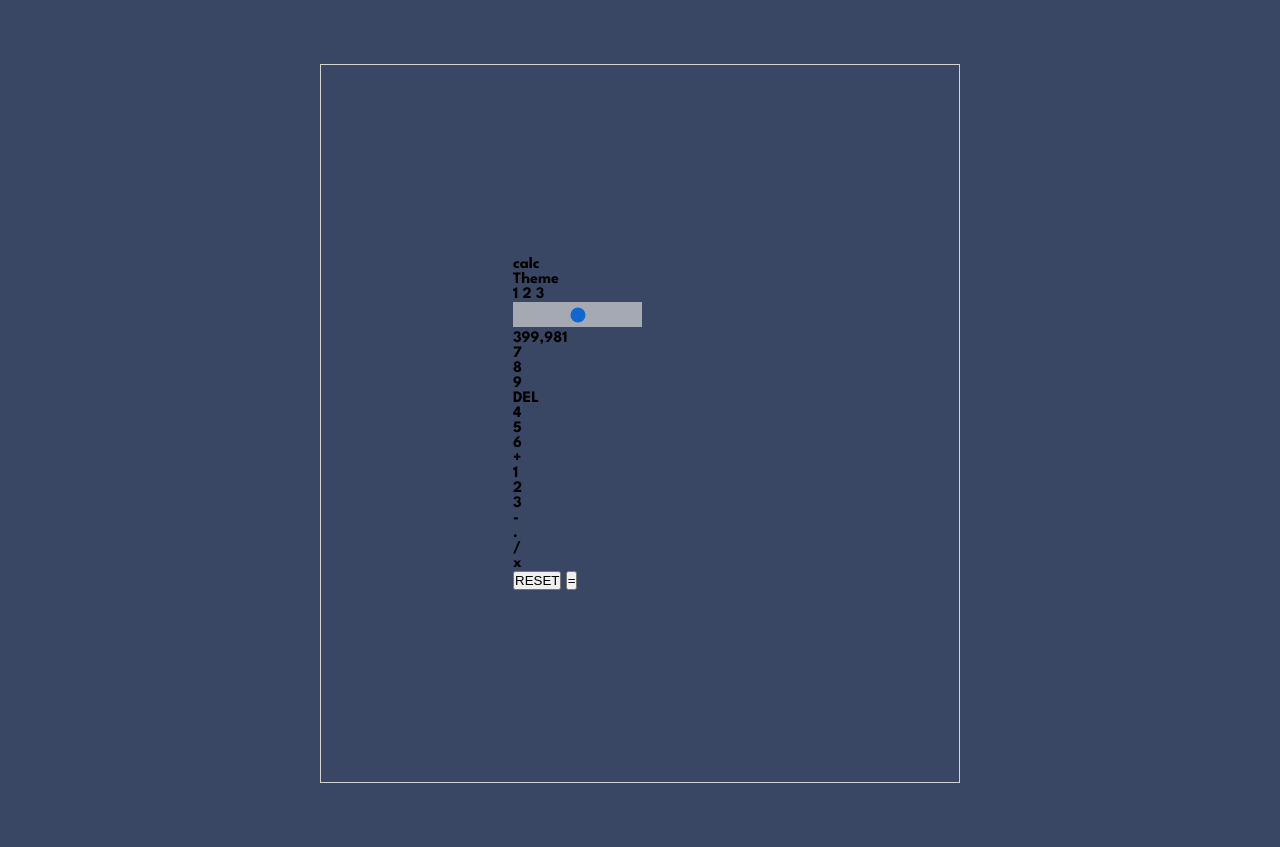
Repository: DevLaukey/calc-with-css-js
Page: index.html
The author's editor kept a copy of each file at every save. The page is drawn from the files as they stood at one save, then again after the next save.
The browser window is 1280 px wide. The pictures show the whole page.

Above is the page before, as saved 2022-05-18 12:24:27.

### index.html
<!DOCTYPE html>
<html lang="en">
  <head>
    <meta charset="UTF-8" />
    <meta http-equiv="X-UA-Compatible" content="IE=edge" />
    <meta name="viewport" content="width=device-width, initial-scale=1.0" />
    <title>Calculator</title>
    <link rel="stylesheet" href="./styles.css" />
    <link rel="preconnect" href="https://fonts.googleapis.com" />
    <link rel="preconnect" href="https://fonts.gstatic.com" crossorigin />
    <link
      href="https://fonts.googleapis.com/css2?family=League+Spartan:wght@700&display=swap"
      rel="stylesheet"
    />
  </head>
  <body>
    <div class="body">
      <header class="calculator__header">
        <div class="calculator__name">
          <p>calc</p>
        </div>
        <div class="calculator__slider">
          <p class="calculator__smallText">Theme</p>
          <div class="calculator__block">
            <p>1 2 3</p>
            <input class="slider" type="range" min="1" max="3" name="" id="" />
          </div>
        </div>
      </header>
      <div class="calculator__display">
        <p class="calculator__solution">399,981</p>
      </div>
      <div class="calculator__input">
        <div class="calculator__row">
          <p class="calculator__button seven">7</p>
          <p class="calculator__button eight">8</p>
          <p class="calculator__button nine">9</p>
          <p class="calculator__button del">DEL</p>
          <p class="calculator__button four">4</p>
          <p class="calculator__button five">5</p>
          <p class="calculator__button six">6</p>
          <p class="calculator__button plus">+</p>
          <p class="calculator__button one">1</p>
          <p class="calculator__button two">2</p>
          <p class="calculator__button three">3</p>
          <p class="calculator__button minus">-</p>
          <p class="calculator__button dot">.</p>
          <p class="calculator__button slash">/</p>
          <p class="calculator__button multiply">x</p>
          <div class="calculator__control">
            <button class="control reset">RESET</button>
            <button class="control equals">=</button>
          </div>
        </div>
      </div>
    </div>
  </body>
</html>

### styles.css
*{
    margin:0;
    padding:0;
    box-sizing: border-box;

}

body{
    background-color: hsl(222, 26%, 31%);
}
.body{
    font-family: 'League Spartan', sans-serif;

  padding:15%;
  margin-bottom: 5%;
  margin-top: 5%;
  margin-left: 25%;
  margin-right: 25%;
  border: 1px solid #d3d3d3;

}
.text{

}
.numbers{

}



.slider {
  -webkit-appearance: none;
   /* width: 100%; */
  height: 25px;
  background: #d3d3d3;
  /* outline: none; */
  opacity: 0.7;
  -webkit-transition: .2s;
  transition: opacity .2s;
}

.slider:hover {
  opacity: 1;
}
.slider::-webkit-slider-thumb {
  /* -webkit-appearance: none; */
  /* appearance: none; */
  width: 25px;
  height: 25px;
  background: #04AA6D;
  cursor: pointer;
}

.slider::-moz-range-thumb {
  width: 25px;
  height: 25px;
  background: #04AA6D;
  cursor: pointer;
}

After the next save:
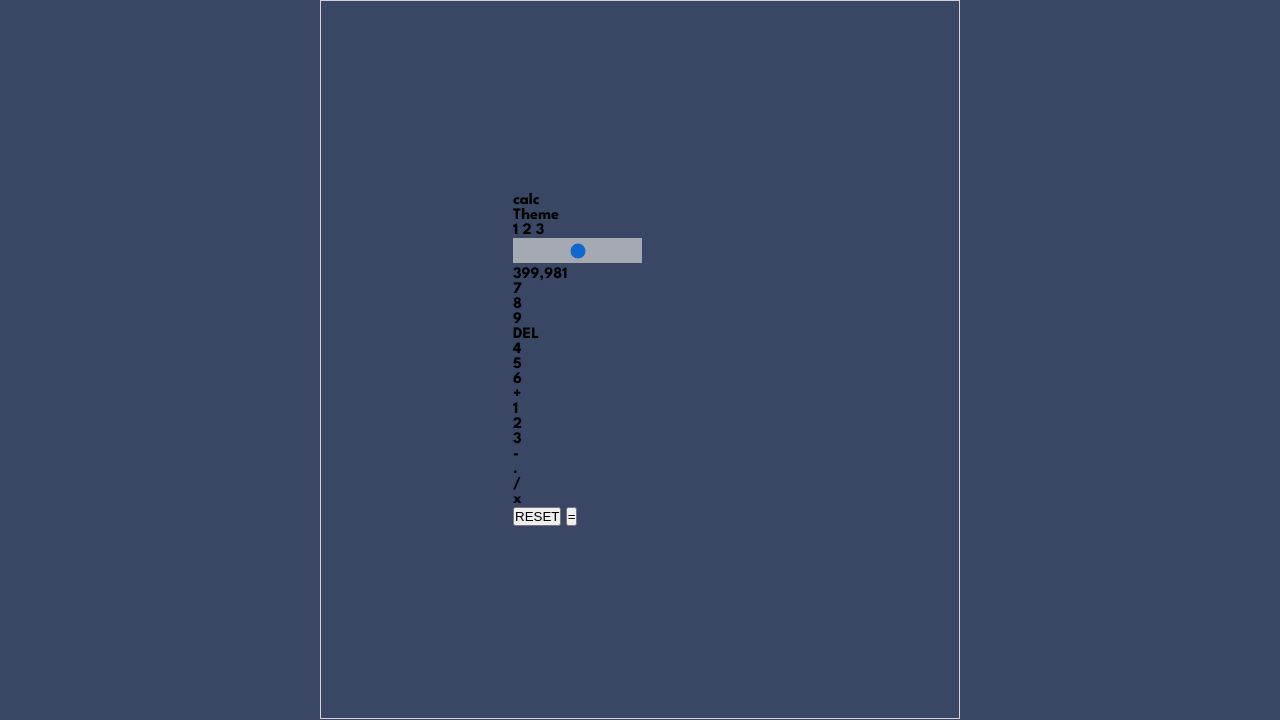
Saved 11 s later.
--- a/styles.css
+++ b/styles.css
@@ -12,8 +12,8 @@ body{
     font-family: 'League Spartan', sans-serif;
 
   padding:15%;
-  margin-bottom: 5%;
-  margin-top: 5%;
+  /* margin-bottom: 5%;
+  margin-top: 5%; */
   margin-left: 25%;
   margin-right: 25%;
   border: 1px solid #d3d3d3;
